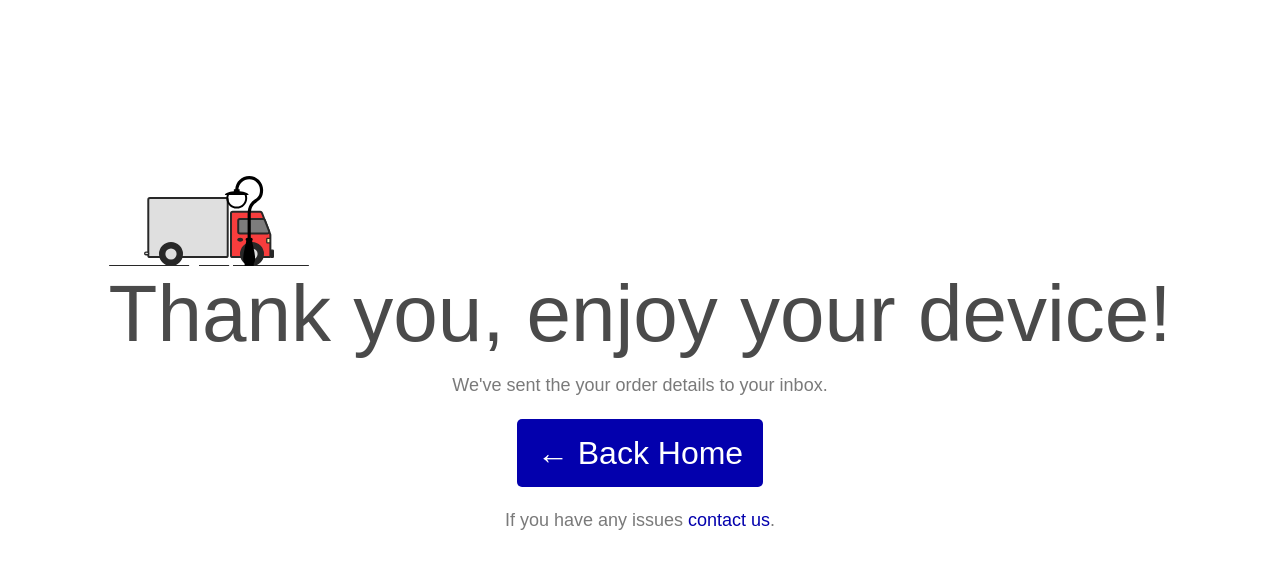
Repository: Davidobi21/macelect
Page: frontend/pages/thank-you.html
These files come from the project's save history. The page is drawn as it stood at one moment and after the next save; the edit follows.
The browser window is 1280 px wide. The pictures show the whole page.

Above is the page before, as saved 2025-05-06 10:33:22.

### frontend/pages/thank-you.html
<!DOCTYPE html>
<html lang="en">
<head>
  <meta charset="UTF-8">
  <meta name="viewport" content="width=device-width, initial-scale=1.0">
  <title>Thank You</title>
  <link href="https://cdn.jsdelivr.net/npm/bootstrap@5.3.0-alpha1/dist/css/bootstrap.min.css" rel="stylesheet">
  <style>
    body {
      display: flex;
      justify-content: center;
      align-items: center;
      height: 100vh;
      margin: 0;
      font-family: 'Arial', sans-serif;
    }

    /* From Uiverse.io by vinodjangid07 */
.loader {
  width: fit-content;
  height: fit-content;
  display: flex;
  align-items: center;
  justify-content: center;
}

.truckWrapper {
  width: 200px;
  height: 100px;
  display: flex;
  flex-direction: column;
  position: relative;
  align-items: center;
  justify-content: flex-end;
  overflow-x: hidden;
}
/* truck upper body */
.truckBody {
  width: 130px;
  height: fit-content;
  margin-bottom: 6px;
  animation: motion 1s linear infinite;
}
/* truck suspension animation*/
@keyframes motion {
  0% {
    transform: translateY(0px);
  }
  50% {
    transform: translateY(3px);
  }
  100% {
    transform: translateY(0px);
  }
}
/* truck's tires */
.truckTires {
  width: 130px;
  height: fit-content;
  display: flex;
  align-items: center;
  justify-content: space-between;
  padding: 0px 10px 0px 15px;
  position: absolute;
  bottom: 0;
}
.truckTires svg {
  width: 24px;
}

.road {
  width: 100%;
  height: 1.5px;
  background-color: #282828;
  position: relative;
  bottom: 0;
  align-self: flex-end;
  border-radius: 3px;
}
.road::before {
  content: "";
  position: absolute;
  width: 20px;
  height: 100%;
  background-color: #282828;
  right: -50%;
  border-radius: 3px;
  animation: roadAnimation 1.4s linear infinite;
  border-left: 10px solid white;
}
.road::after {
  content: "";
  position: absolute;
  width: 10px;
  height: 100%;
  background-color: #282828;
  right: -65%;
  border-radius: 3px;
  animation: roadAnimation 1.4s linear infinite;
  border-left: 4px solid white;
}

.lampPost {
  position: absolute;
  bottom: 0;
  right: -90%;
  height: 90px;
  animation: roadAnimation 1.4s linear infinite;
}

@keyframes roadAnimation {
  0% {
    transform: translateX(0px);
  }
  100% {
    transform: translateX(-350px);
  }
}

    .thank-you-container {
      text-align: center;
      padding: 40px;
      border-radius: 10px;
    }
    .thank-you-container img {
      width: 400px;
      margin-bottom: 20px;
    }
    .thank-you-container h1 {
      font-size: 5rem;
      color: #4a4a4a;
      margin-bottom: 10px;
    }
    .thank-you-container p {
      color: #7a7a7a;
      font-size: large;
      margin-bottom: 20px;
    }
    .thank-you-container .btn {
      background-color: #0300ad;
      color: #fff;
      padding: 10px 20px;
      border: none;
      border-radius: 5px;
      text-decoration: none;
      font-size: 2rem;
    }
    .thank-you-container .btn:hover {
      background-color: #e14c6a;
    }
    .thank-you-container .contact {
      margin-top: 20px;
      font-size: 0.9rem;
      color: #7a7a7a;
    }
    .thank-you-container .contact a {
      color:  #0300ad;
      text-decoration: none;
    }
    .thank-you-container .contact a:hover {
      text-decoration: underline;
    }
  </style>
</head>
<body>
  <div class="thank-you-container">
    <!-- From Uiverse.io by vinodjangid07 -->
<div class="loader">
  <div class="truckWrapper">
    <div class="truckBody">
      <svg
        xmlns="http://www.w3.org/2000/svg"
        fill="none"
        viewBox="0 0 198 93"
        class="trucksvg"
      >
        <path
          stroke-width="3"
          stroke="#282828"
          fill="#F83D3D"
          d="M135 22.5H177.264C178.295 22.5 179.22 23.133 179.594 24.0939L192.33 56.8443C192.442 57.1332 192.5 57.4404 192.5 57.7504V89C192.5 90.3807 191.381 91.5 190 91.5H135C133.619 91.5 132.5 90.3807 132.5 89V25C132.5 23.6193 133.619 22.5 135 22.5Z"
        ></path>
        <path
          stroke-width="3"
          stroke="#282828"
          fill="#7D7C7C"
          d="M146 33.5H181.741C182.779 33.5 183.709 34.1415 184.078 35.112L190.538 52.112C191.16 53.748 189.951 55.5 188.201 55.5H146C144.619 55.5 143.5 54.3807 143.5 53V36C143.5 34.6193 144.619 33.5 146 33.5Z"
        ></path>
        <path
          stroke-width="2"
          stroke="#282828"
          fill="#282828"
          d="M150 65C150 65.39 149.763 65.8656 149.127 66.2893C148.499 66.7083 147.573 67 146.5 67C145.427 67 144.501 66.7083 143.873 66.2893C143.237 65.8656 143 65.39 143 65C143 64.61 143.237 64.1344 143.873 63.7107C144.501 63.2917 145.427 63 146.5 63C147.573 63 148.499 63.2917 149.127 63.7107C149.763 64.1344 150 64.61 150 65Z"
        ></path>
        <rect
          stroke-width="2"
          stroke="#282828"
          fill="#FFFCAB"
          rx="1"
          height="7"
          width="5"
          y="63"
          x="187"
        ></rect>
        <rect
          stroke-width="2"
          stroke="#282828"
          fill="#282828"
          rx="1"
          height="11"
          width="4"
          y="81"
          x="193"
        ></rect>
        <rect
          stroke-width="3"
          stroke="#282828"
          fill="#DFDFDF"
          rx="2.5"
          height="90"
          width="121"
          y="1.5"
          x="6.5"
        ></rect>
        <rect
          stroke-width="2"
          stroke="#282828"
          fill="#DFDFDF"
          rx="2"
          height="4"
          width="6"
          y="84"
          x="1"
        ></rect>
      </svg>
    </div>
    <div class="truckTires">
      <svg
        xmlns="http://www.w3.org/2000/svg"
        fill="none"
        viewBox="0 0 30 30"
        class="tiresvg"
      >
        <circle
          stroke-width="3"
          stroke="#282828"
          fill="#282828"
          r="13.5"
          cy="15"
          cx="15"
        ></circle>
        <circle fill="#DFDFDF" r="7" cy="15" cx="15"></circle>
      </svg>
      <svg
        xmlns="http://www.w3.org/2000/svg"
        fill="none"
        viewBox="0 0 30 30"
        class="tiresvg"
      >
        <circle
          stroke-width="3"
          stroke="#282828"
          fill="#282828"
          r="13.5"
          cy="15"
          cx="15"
        ></circle>
        <circle fill="#DFDFDF" r="7" cy="15" cx="15"></circle>
      </svg>
    </div>
    <div class="road"></div>

    <svg
      xml:space="preserve"
      viewBox="0 0 453.459 453.459"
      xmlns:xlink="http://www.w3.org/1999/xlink"
      xmlns="http://www.w3.org/2000/svg"
      id="Capa_1"
      version="1.1"
      fill="#000000"
      class="lampPost"
    >
      <path
        d="M252.882,0c-37.781,0-68.686,29.953-70.245,67.358h-6.917v8.954c-26.109,2.163-45.463,10.011-45.463,19.366h9.993
c-1.65,5.146-2.507,10.54-2.507,16.017c0,28.956,23.558,52.514,52.514,52.514c28.956,0,52.514-23.558,52.514-52.514
c0-5.478-0.856-10.872-2.506-16.017h9.992c0-9.354-19.352-17.204-45.463-19.366v-8.954h-6.149C200.189,38.779,223.924,16,252.882,16
c29.952,0,54.32,24.368,54.32,54.32c0,28.774-11.078,37.009-25.105,47.437c-17.444,12.968-37.216,27.667-37.216,78.884v113.914
h-0.797c-5.068,0-9.174,4.108-9.174,9.177c0,2.844,1.293,5.383,3.321,7.066c-3.432,27.933-26.851,95.744-8.226,115.459v11.202h45.75
v-11.202c18.625-19.715-4.794-87.527-8.227-115.459c2.029-1.683,3.322-4.223,3.322-7.066c0-5.068-4.107-9.177-9.176-9.177h-0.795
V196.641c0-43.174,14.942-54.283,30.762-66.043c14.793-10.997,31.559-23.461,31.559-60.277C323.202,31.545,291.656,0,252.882,0z
M232.77,111.694c0,23.442-19.071,42.514-42.514,42.514c-23.442,0-42.514-19.072-42.514-42.514c0-5.531,1.078-10.957,3.141-16.017
h78.747C231.693,100.736,232.77,106.162,232.77,111.694z"
      ></path>
    </svg>
  </div>
</div>

    <h1>Thank you, enjoy your device!</h1>
    <p>We've sent the your order details to your inbox.</p>
    <a href="../index.html" class="btn">← Back Home</a>
    <div class="contact">
      <p>If you have any issues <a href="contact.html">contact us</a>.</p>
    </div>
  </div>
</body>
</html>

After the next save:
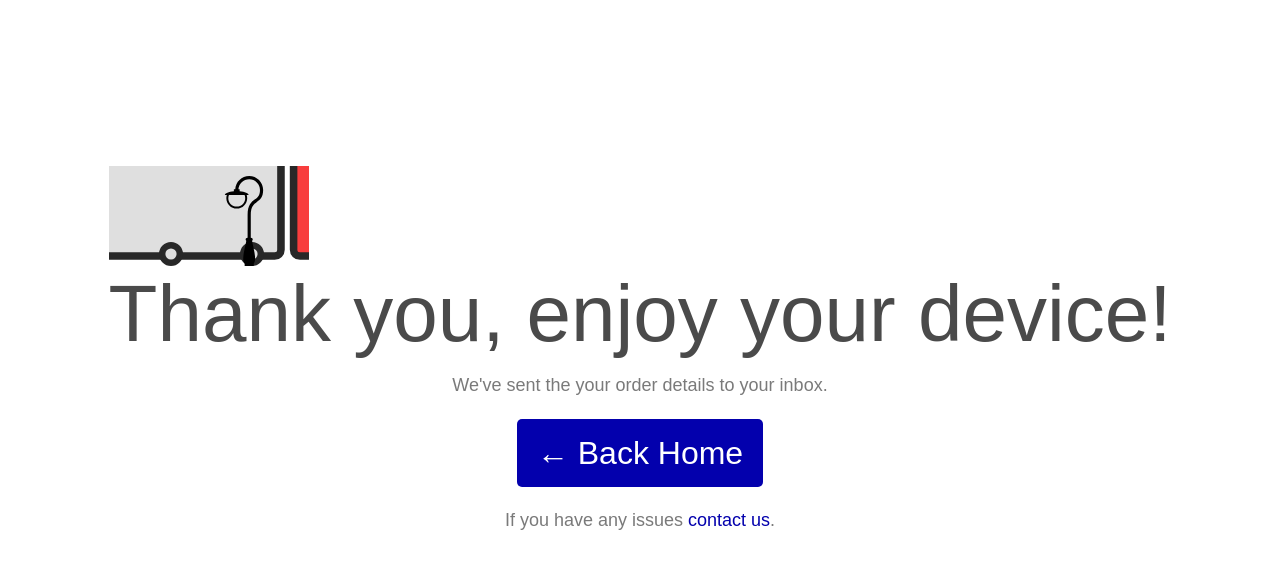
Saved 35 s later.
--- a/frontend/pages/thank-you.html
+++ b/frontend/pages/thank-you.html
@@ -36,7 +36,7 @@
 }
 /* truck upper body */
 .truckBody {
-  width: 130px;
+  width: 500px;
   height: fit-content;
   margin-bottom: 6px;
   animation: motion 1s linear infinite;
